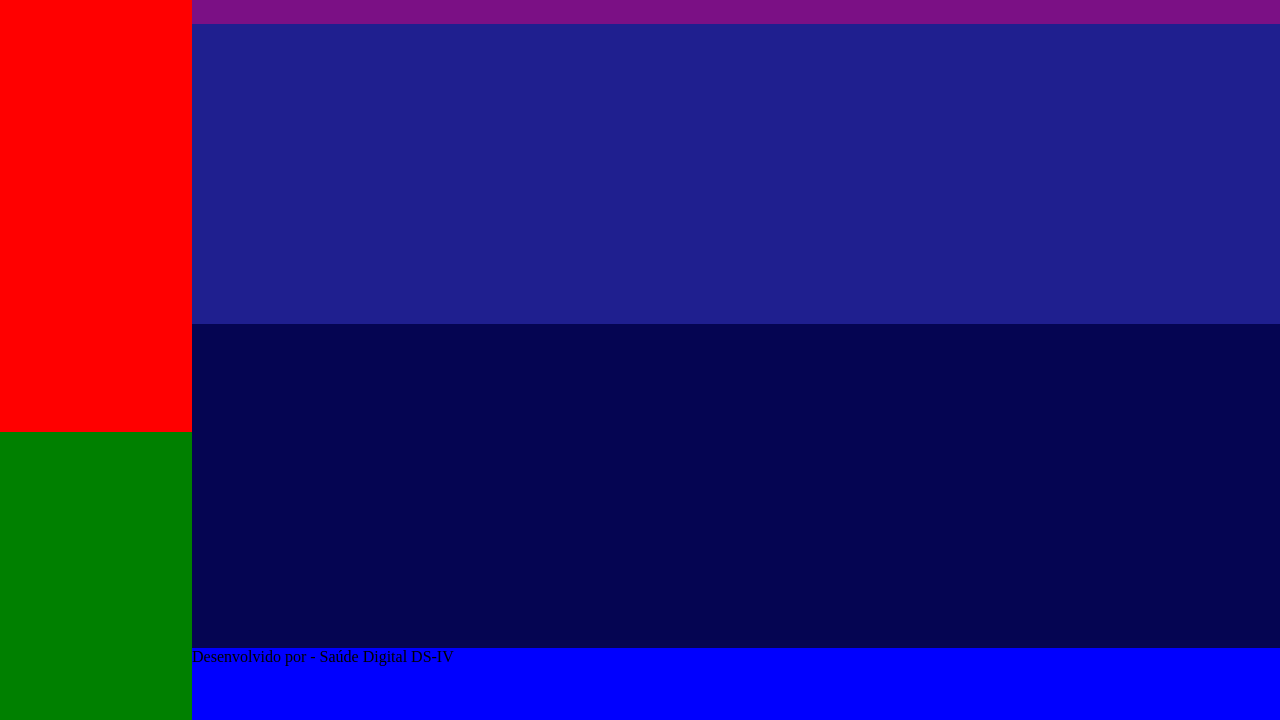
Repository: br-on/ddaf-chamados
Page: index.html
These files come from the project's save history. The page is drawn as it stood at one moment and after the next save; the edit follows.
The browser window is 1280 px wide. The pictures show the whole page.

Above is the page before, as saved 2025-01-19 20:30:58.

### index.html
<!DOCTYPE html>
<html lang="pt-br">
<head>
    <meta charset="UTF-8">
    <meta name="viewport" content="width=device-width, initial-scale=1.0">
    <link rel="stylesheet" href="style.css">
    <title>Radar de Chamados</title>
</head>
<body>
    <header>
        <section class="filtros"></section>
        <section class="percentual"></section>
    </header>
    <main>
        <section class="tipos-demandas">
            <div class="demanda-tipo"></div>
            <div class="demanda-tipo"></div>
            <div class="demanda-tipo"></div>
            <div class="demanda-tipo"></div>
            <div class="demanda-tipo"></div>
            <div class="demanda-tipo"></div>
            <div class="demanda-tipo"></div>
            <div class="demanda-tipo"></div>
            <div class="demanda-tipo"></div>
            <div class="demanda-tipo"></div>
            <div class="demanda-tipo"></div>
            <div class="demanda-tipo"></div>
        </section>
        <section class="andamento-demandas"></section>
        <footer> Desenvolvido por - Saúde Digital DS-IV</footer>
    </main>
</body>
</html>

### style.css
* {
    margin: 0;
    padding: 0;
}
body {
    background-color: black;
    display: flex;
    height: 100vh;
}
header {
    width: 15%;
    background-color: aqua;
}
.filtros {
    height: 60%;
    background-color: red;
}
.percentual {
    height: 40%;
    background-color: green;
}
main {
    width: 85%;
    background-color: aquamarine;
}
.tipos-demandas {
    height: 45%;
    background-color: rgb(31, 31, 143);
}
.andamento-demandas {
    height: 45%;
    background-color: rgb(5, 5, 82);
}
footer {
    height:10%;
    background-color: blue;
}

.demanda-tipo {
    border: solid rgb(123, 16, 133) 1px;
}

After the next save:
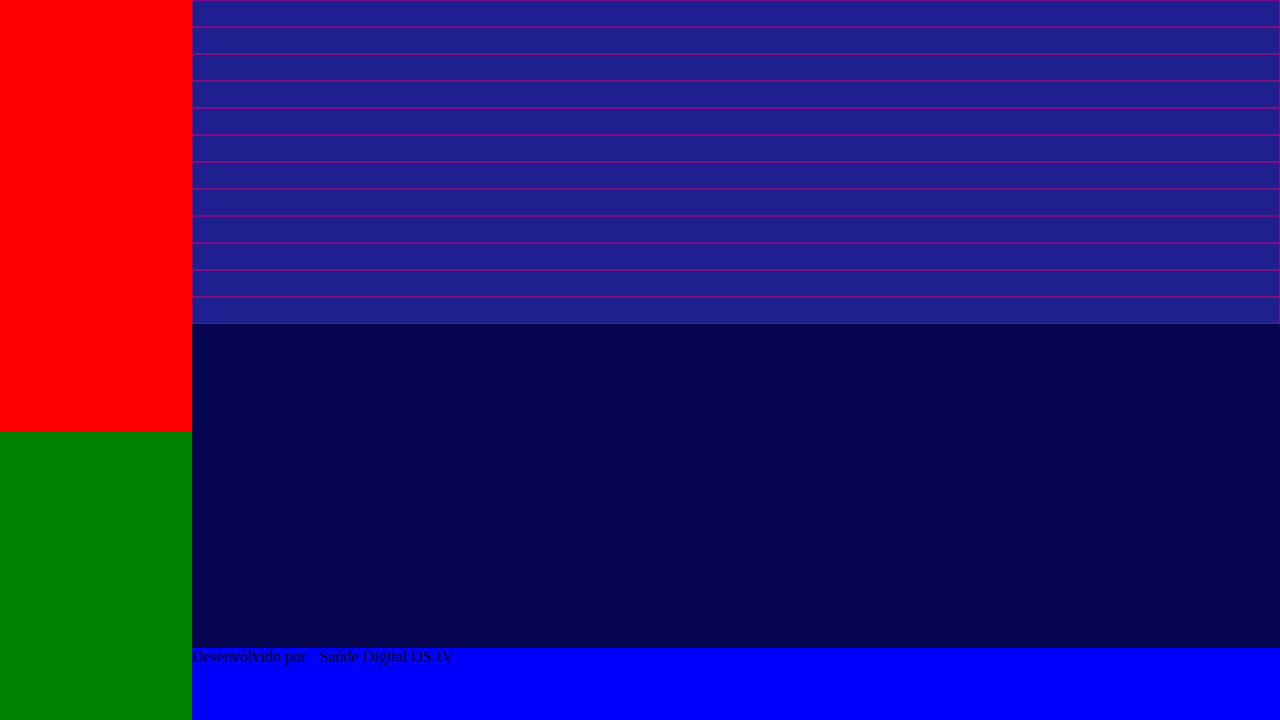
Saved 48 s later.
--- a/style.css
+++ b/style.css
@@ -26,6 +26,9 @@
 .tipos-demandas {
     height: 45%;
     background-color: rgb(31, 31, 143);
+    display: grid;
+    grid-template-columns: 3;
+    grid-template-rows: 4;
 }
 .andamento-demandas {
     height: 45%;
